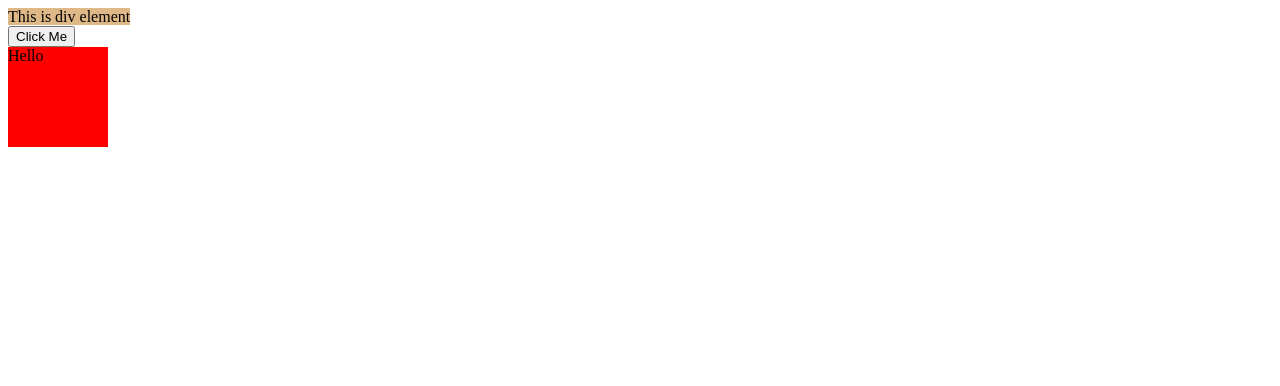
Repository: rakeshkolpepatil/CSS_Apana_College
Page: index.html
These files come from the project's save history. The page is drawn as it stood at one moment and after the next save; the edit follows.
The browser window is 1280 px wide. The pictures show the whole page.

Above is the page before, as saved 2023-06-23 00:18:35.

After the next save:
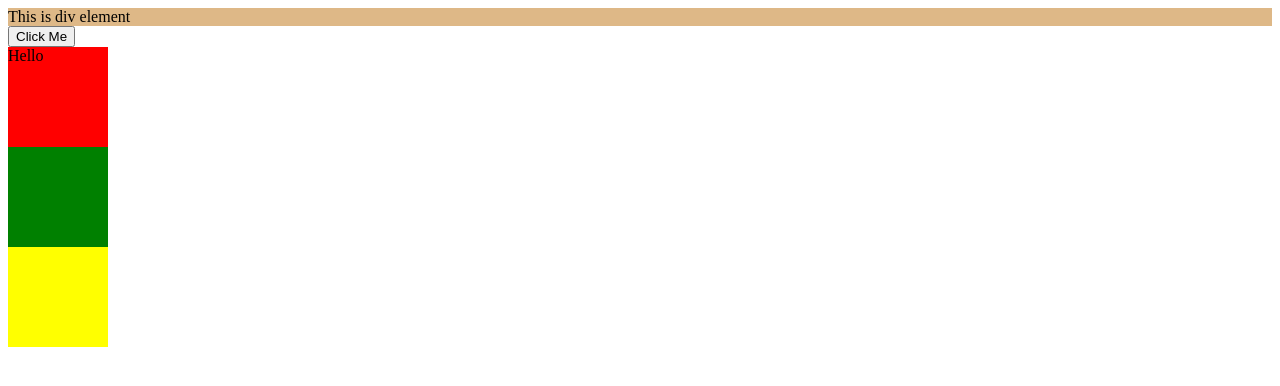
Saved 30 s later.
--- a/styleThree.css
+++ b/styleThree.css
@@ -1,6 +1,6 @@
 div{
   background-color:burlywood;
-  display:inline;
+  display:block;
 }
 
 button{

After the save that followed:
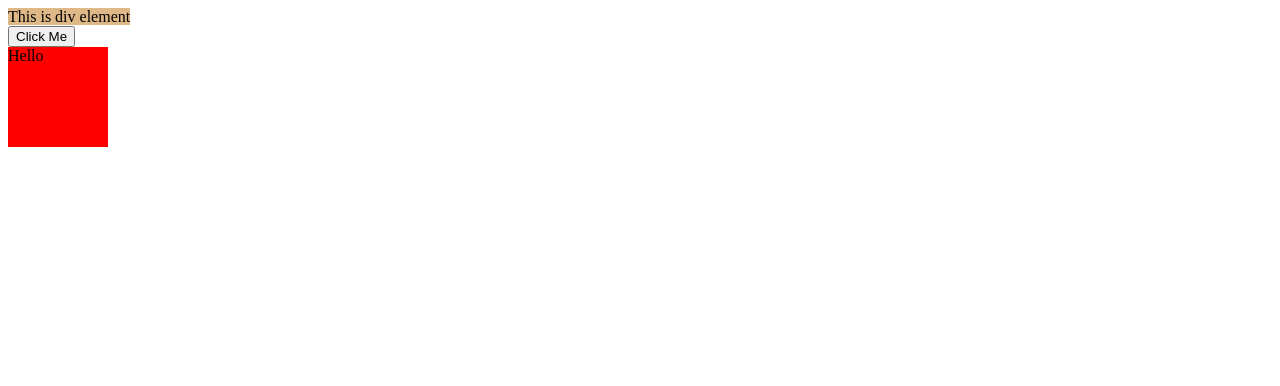
Saved 11 s later.
--- a/styleThree.css
+++ b/styleThree.css
@@ -1,6 +1,6 @@
 div{
   background-color:burlywood;
-  display:block;
+  display:inline;
 }
 
 button{
